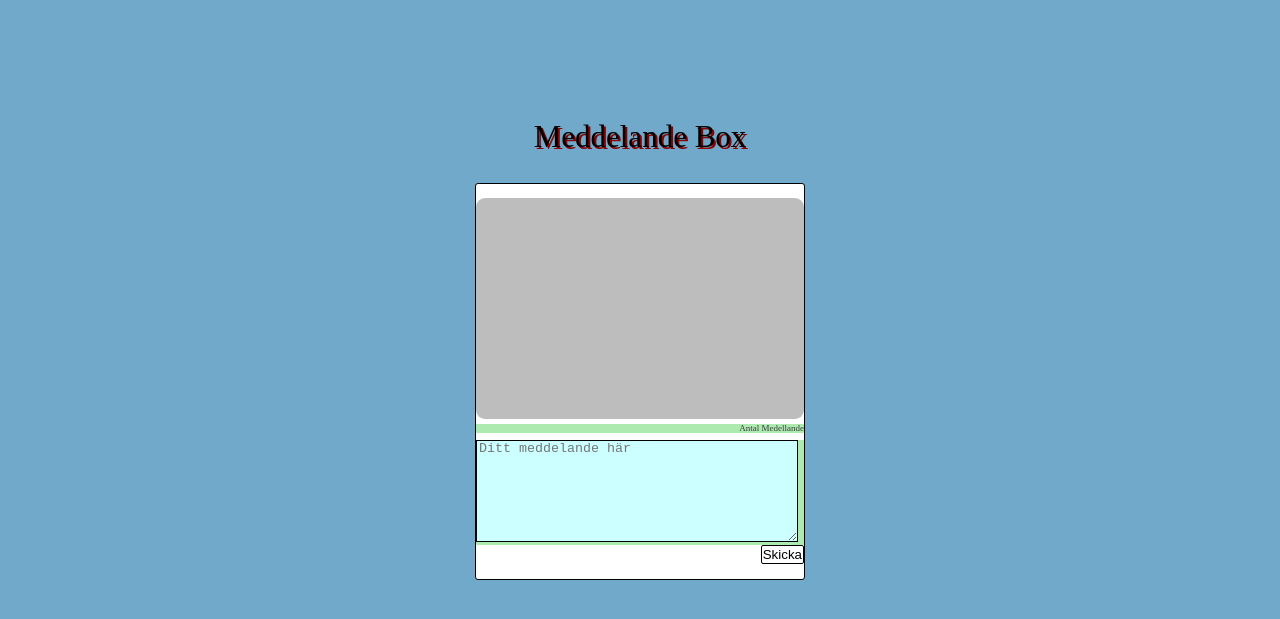
Repository: ls222vy/ls222vy-1dv403-laborationer
Page: 2-labbymezzage/index.html
The author's editor kept a record of every edit. The page is drawn from the files as they stood at one moment, then again after the next edit.
The browser window is 1280 px wide. The pictures show the whole page.

Above is the page before.

### 2-labbymezzage/index.html

<!doctype html>

<html lang="sv">

  <head>

         <title>Labby</title>
         <meta charset="UTF-8" />
         <link href='//fonts.googleapis.com/css?family=Gloria+Hallelujah' rel='stylesheet'>
         <link rel="stylesheet" href="css/style.css">
         <script src="js/Message.js"></script>
         <script src="js/MessageMotor.js"></script>
         <script src="js/messageMotor_run.js"></script>

  </head>

<body>

    <h1>Meddelande Box</h1>
<div id="content">

    <div id="messagearea"></div>

      <div id="myMessages"></div>

            <div id="count">Antal Medellande</div>

                  <div id="messageWindow">

            <textarea id="textInput"rows="2" cols="32" placeholder="Ditt meddelande här"></textarea>
            <button id="submitInput">Skicka</button>
        </div>



    </div>

</body>

</html>

### 2-labbymezzage/css/style.css
/*@import url(http://fonts.googleapis.com/css?family=Gloria+Hallelujah);*/

/* http://meyerweb.com/eric/tools/css/reset/
   v2.0 | 20110126
   License: none (public domain)
*/

html, body, div, span, applet, object, iframe,
h1, h2, h3, h4, h5, h6, p, blockquote, pre,
a, abbr, acronym, address, big, cite, code,
del, dfn, em, img, ins, kbd, q, s, samp,
small, strike, strong, sub, sup, tt, var,
b, u, i, center,
dl, dt, dd, ol, ul, li,
fieldset, form, label, legend,
table, caption, tbody, tfoot, thead, tr, th, td,
article, aside, canvas, details, embed,
figure, figcaption, footer, header, hgroup,
menu, nav, output, ruby, section, summary,
time, mark, audio, video {
	margin: 0;
	padding: 0;
	border: 0;
	font-size: 100%;
	font: inherit;
	vertical-align: baseline;
}
/* HTML5 display-role reset for older browsers */
article, aside, details, figcaption, figure,
footer, header, hgroup, menu, nav, section {
	display: block;
}
body {
	line-height: 1;
	background-color: #70A9C9;
}

/*#container {
    width :100%;
    max-width:600px;
    display:block;
    margin:0 auto;
}*/

#content {
    border:1px solid #000000;
    background:#ffffff;
    margin-left: auto;
    margin-right: auto;
    width: 328px;
    height:395px;
    overflow: auto;
    padding: 1 0 0  3px;
    -moz-border-radious:3px;
    -webkit-border-radius:3px;
}

h1{
   /* color:#0095b6;*/
   display:Block;
    margin-top:90px;
    text-align:center;
    padding:1em;
    font-size:31px;
    text-shadow: 2px 2px #8b0000;
}
#messagearea {
    margin-top:14px;
    margin-left:auto;
    margin-right: auto;
    width:300px;
    overflow:auto;
    padding: 0 0 0 5px;

}

#textInput{
    background:#CCFFFF;
    border:1px solid #000000;
    width: 97%;
    height:100px;
    margin-left : auto;
    margin-right:auto;
    padding: 0 0 0 2px;
}

#count{
    text-align:right;
    color:#3c3c3c;
    font-family: cabin-regular;
    font-size:9px;
    font-weight:normal;
    margin-bottom: 7px;
    margin-top: 5px;
}
#messageWindow {
    display:block;
    width: 100%;
}

#submitInput {
    border:1px solid #000000;
    padding: 1px;
    margin-bottom: 2px;
    text-decoration:none;
    -webkit-border-radius:2px;
    -webkit-box-shadow:0 1 px 0 white;
    background:#ffffff;
    float:right;
}
#myMessages {
    height: 221px;
    overflow: auto;
    border-radius: 9px;
    background-color:#BDBDBD;
   /*-webkit-box-sizing: border-box;
    -moz-box-sizing: border-box; */
    margin-top: auto;
  /*border: 2px solid rgba(0,0,0,0);*/
}
.myMessage{
    float:left;
    color: #3c3c3c;
     font-weight:200;
    font-size: 15px;
    -webkit-border-radius: 5px;
    line-height:20px;
    background-color : #97e5ed;
    margin-top: 5px;
    margin-left:8px;
    margin-bottom:10px;
   /* width: 95%;*/
    -webkit-box-sizing: border-box;
        width:50%;
      -moz-box-sizing: border-box;

}

p {
    display:block;
    padding:1px;
    float:left;

    word-wrap: break-word;
    -webkit-border-radius: solid 5px;
}

.messageDelete {
   display:block;
   width:20px;
   height:20px;
   float:right;
   background-image: url(../images/del.png);

}

footer{
    clear:both;
    display:block;
    float:right;
    color:#819FF7;
    font-size: 10px;
    text-align:right;
     margin-top:5;
}

.messageTime {
    display:block;
    width:20px;
    height:20px;
    float:right;
    background-image: url(../images/clock.png);
}
p{
    margin:1;
}

div {

    background-color: #ADEAB0;
}






































/* #content {
    border:1px solid #000000;
    background:#ffffff;
    margin-left: auto;
    margin-right: auto;
    width: 320px;
    height:180px;
    overflow: auto;
    -moz-border-radious:3px;
    -webkit-border-radius:3px;
}
h1{
    color:#0095b6;
    margin-top:90px;
    text-align:center;
    padding:1em;
    font-size:31px;
}
#messagearea {
    margin-top:115px;
    margin-left:auto;
    margin-right: auto;
    width:300px;
    overflow:auto;
    padding: 0 0 0 3px;

}



textarea{
    /*background:#CCFFFF;*/
 /*   border:1px solid #000000;
    width: 98%;
    height:100px;

}/*
button {
    border:1px solid #000000;
    padding: 1px;
    text-decoration:none;
    -webkit-border-radius:4px;
    -webkit-box-shadow:0 1 px 0 white;
    background:#7df9ff;
    float:right;
}

.right {
     border:1px solid #000000;
}/*































































/*/ <body>


            <div id="newText"></div>

            <div id="textInput">
                <div id="count"></div>
                <form action="post" name="form">
                    <textarea id="textarea" name="textarea"></textarea>
                    <input id="submit" class="right" class="button" type="button" value="Submit">
                </form>

            </div>*/

/* ody{
    background-color:grey;
}
#newText{
    border: 1px solid #000;
    background-color:yellow;
}
#textInput{
    border: 1px solid #000;
}
#count{
    border: 1px solid #000;
}
.pText{
    color:red;
}
.pTime{
    text-align: right;
}

### 2-labbymezzage/js/Message.js
"use strict";

//Konstruktorn
function Message(message, date) {

    this.getText = function() {
        return message;
    };

    this.setText = function(_text) {
        message = _text;
    };

    this.getDate = function() {
        return date;
    };

    this.setDate = function(_date) {
        date = _date;
    };
}
//Prototype objekt

Message.prototype.toString = function() {
    return this.getText() + " (" + this.getDate() + ")";
};

Message.prototype.getHTMLText = function() {
    return this.getText().replace(/\n/g, "<br>");

};

Message.prototype.getDateText = function () {

   var showTime = { day: 'numeric', year: 'numeric', month: 'long', hour: '2-digit', minute: '2-digit', second: '2-digit' };
    return this.getDate().toLocaleString('sv-SE', showTime);
};

### 2-labbymezzage/js/MessageMotor.js
"use strict";
/*global Message*/


var MessageMotor = {

 messages: [],


   init: function(){

       var button = document.getElementById("submitInput");
       var texta = document.getElementById("textInput");

       //Skapa händelse och validerar om(nummer 13 är enterkey)

       texta.addEventListener ("keypress", function(e){

           if(!e){ e = event;
           }

           if (e.shiftKey){

           }

           else if(e.keyCode == 13) {
               event.preventDefault();
              newMessage();
           }
       });

       button.onclick = newMessage;

       // Skapa meddelande

       function newMessage(){
           MessageMotor.messages.push(new Message (texta.value, new Date())); //push metoden lägger till  en ny post

           MessageMotor.renderMessages();
           texta.value ="";
       }

    },

        renderMessages: function(){
      // Antal Meddelande eller countingMessages

       var count = document.getElementById("count");
       count.innerHTML ="Antal meddelande: " + MessageMotor.messages.length;

       //Raderar alla befintliga meddelanden på sidan och skriv ut samtliga meddelande i arrayen

       document.getElementById("myMessages").innerHTML = "";

       for (var i = 0; i < MessageMotor.messages.length; i+=1){

           MessageMotor.renderMessage(i);
       }
    },

       renderMessage: function (messageID) {

       //Hämtar specifikt meddelande (messageID) och lägg i en "p" tagg

      var text = document.createElement("p"),
       //Div som ska hämta
      myMessages = document.getElementById("myMessages"),




    // Skapa en div där ett meddelande ska samlas ock skrift

     labbMessage = document.createElement("div");
     labbMessage.classname = "myMessage";
     text.innerHTML = MessageMotor.messages[messageID].getHTMLText();
     myMessages.appendChild(aMessage);
     aMessage.appendChild(text);


       //Sätter tiden meddelandet

      var messageTime = document.createElement("footer");
      messageTime.innerHTML= MessageMotor.messages[messageID].getDate().toLocaleTimeString();
      aMessage.appendChild(messageTime);




     //console.log( MessageMotor.messages[messageID]);
      //messageTime.innerHTML = MessageMotor.messages[messageID].getText().toLocaleTimeString();

        //Knapp för raderar meddelande
      var messageDelete = document.createElement("a");
       messageDelete.className = "messageDelete";
       messageDelete.href = "#";
        aMessage.appendChild(messageDelete);


        messageDelete.onclick = function(){

        if(confirm("Är du säker på att du vill ta bort meddelande?")){
         MessageMotor.messageDelete(messageID);

        }


        };

       //Lägger till knapp för att radera
        var messageDateTime = document.createElement("a");
        messageDateTime.className = "messageTime";
        messageDateTime.href = "#";
        aMessage.appendChild(messageDateTime);

        //När man klickar klockan images den visan Datum,Månad, timme,minuter och segunder

         messageDateTime.onclick = function (){
         alert (MessageMotor.messages[messageID].getDateText());


        };

       },
         // Raderar meddelande(splice = metoden lägger / tar bort objekt till / från en array och returnerar den borttagna objekt.)
            messageDelete:function(messageID){
            MessageMotor.messages.splice(messageID, 1);
            MessageMotor.renderMessages();
       }


};

### 2-labbymezzage/js/messageMotor_run.js
window.onload = function() {
    "use strict";
    /*global Message, MessageMotor*/

    var mess = new Message ("min text", new Date());
     console.log(mess.getText());
    mess.setText();

    MessageMotor.init();

};

After the next edit:
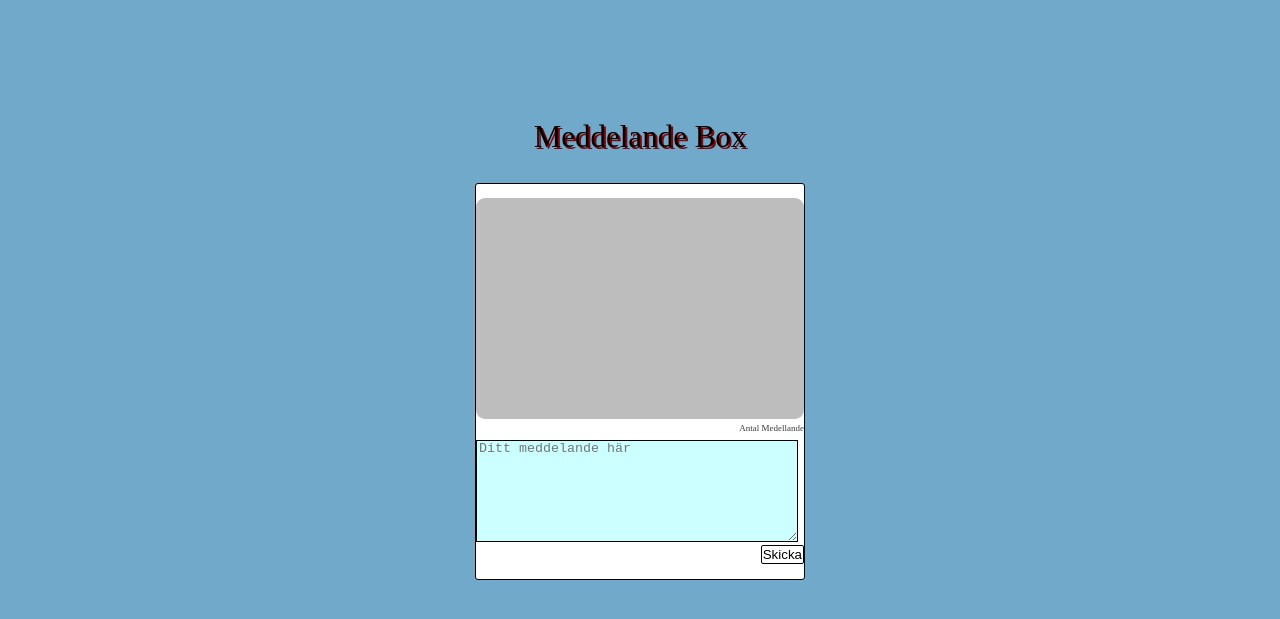
The edit:
--- a/2-labbymezzage/css/style.css
+++ b/2-labbymezzage/css/style.css
@@ -175,7 +175,7 @@
     margin:1;
 }
 
-div {
+/*div {
 
     background-color: #ADEAB0;
 }
